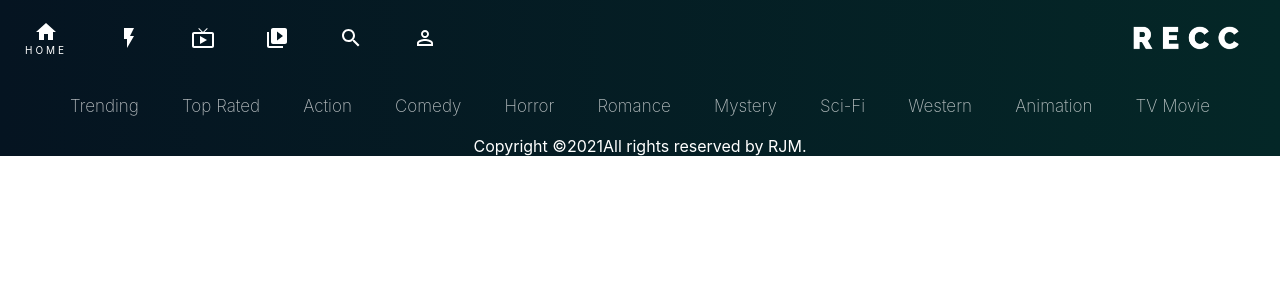
Repository: RishabhJM/recc
Page: /
An editor plug-in stored every save of this project. The page is shown before and after the next save, followed by the edit.
The browser window is 1280 px wide. The pictures show the whole page.
The page's requests for data from a server got no answer. The project was rebuilt for these pictures with package versions that can differ from the ones it lists, and the page was loaded fresh each time. No one was signed in, and anything a server would have sent is missing. Also part of the build but not shown: src/App.css, src/Card.css, src/card.js.

Above is the page before, as saved 2022-07-01 17:41:46.

After the next save:
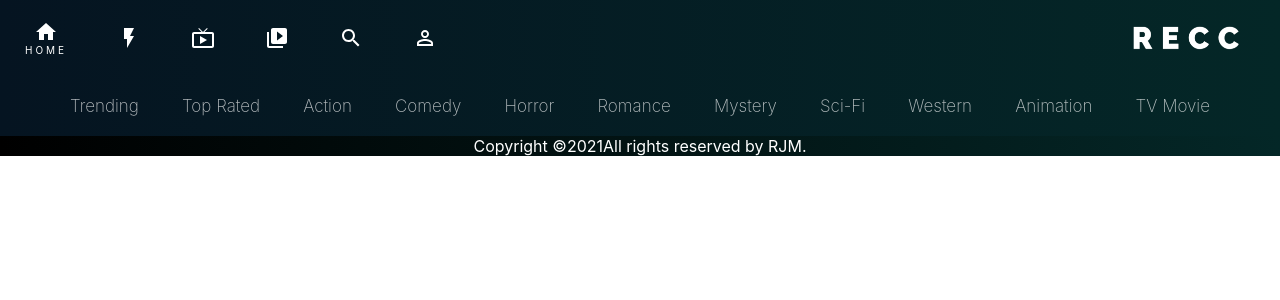
Saved 18 s later.
--- a/src/Footer.css
+++ b/src/Footer.css
@@ -1,5 +1,5 @@
 .footer{
-    background-image: linear-gradient(to right,#051421,#042727);
+    background-image: linear-gradient(to right,black,#042727);
     color: white;
     text-align: center;
 }
